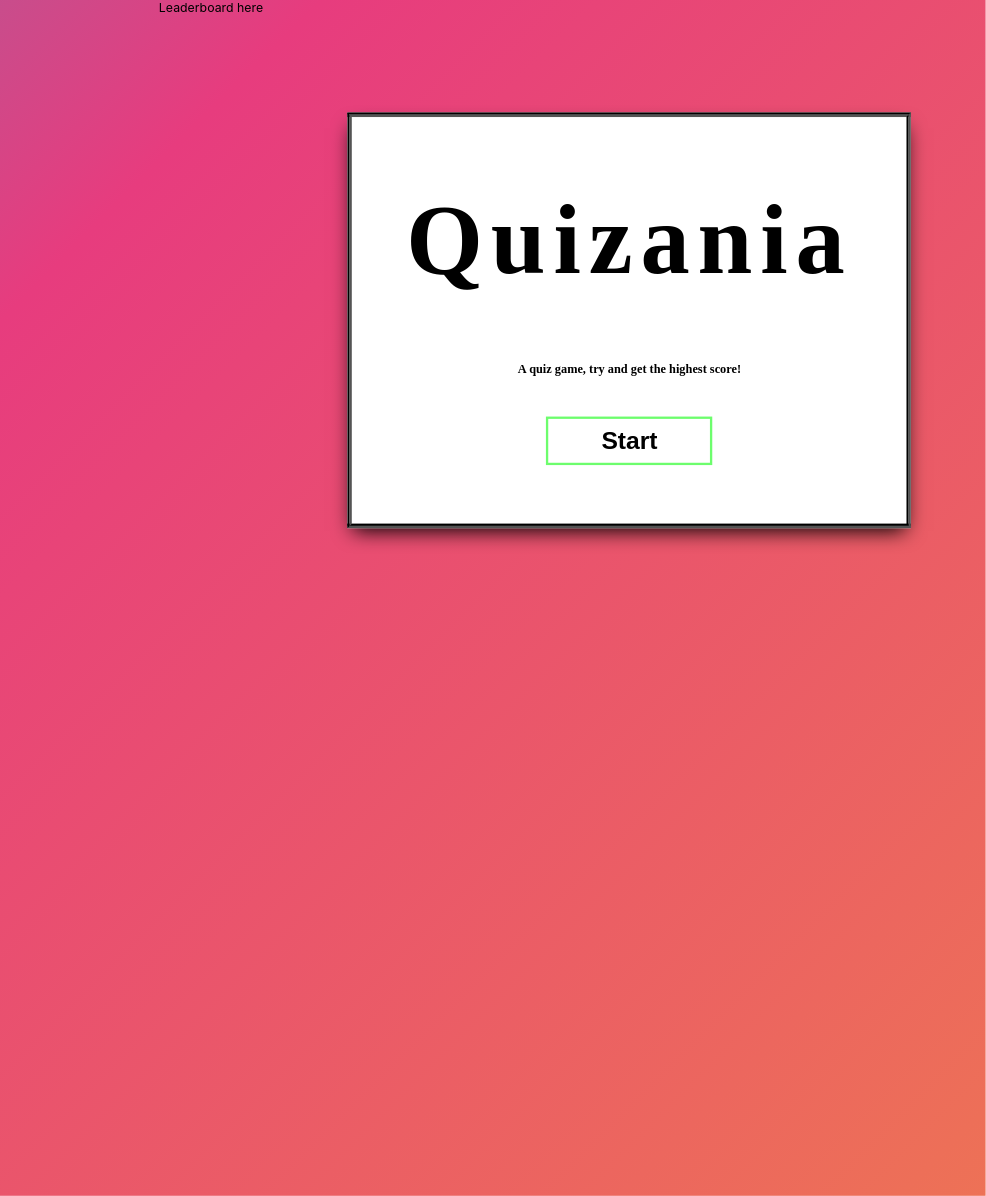
Repository: PatrickTheCodeGuy/QuizApp
Page: / (app in quizapp/)
These files come from the project's save history. The page is drawn as it stood at one moment and after the next save; the edit follows.
The browser window is 1280 px wide. The pictures show the whole page, at 77% of full size.
The pointer rests on the first visible `.button-start`.
The project was rebuilt for these pictures with package versions that can differ from the ones it lists, and the page was loaded fresh each time.

Above is the page before, as saved 2021-07-08 13:32:54.

### quizapp/src/index.css
body {
  margin: 0;
  font-family: -apple-system, BlinkMacSystemFont, 'Segoe UI', 'Roboto', 'Oxygen',
    'Ubuntu', 'Cantarell', 'Fira Sans', 'Droid Sans', 'Helvetica Neue',
    sans-serif;
  -webkit-font-smoothing: antialiased;
  -moz-osx-font-smoothing: grayscale;
  background: linear-gradient(-45deg, #ee7752, #e73c7e, #23a6d5, #23d5ab);
    background-size: 400% 400%;
    animation: gradient 15s ease infinite;
}

code {
  font-family: source-code-pro, Menlo, Monaco, Consolas, 'Courier New',
    monospace;
}
html, body, #app, #app>div {
  width: 100%;
  height:100%;
}

#root{
  display:flex;
}


@keyframes gradient {
    0% {
        background-position: 0% 50%;
    }
    50% {
        background-position: 100% 50%;
    }
    100% {
        background-position: 0% 50%;
    }
}

### quizapp/src/App.js
import logo from './logo.svg';
import './App.css';
import Leaderboard from './components/Leaderboard/Leaderboard';
import StartMenu from './components/StartMenu/StartMenu';


function App() {
  return (
    <div className="startMenu-container App">
          <div class="leaderboard-container">
            <Leaderboard/>
          </div>
          <div class="game-container">
            <StartMenu/>
          </div>
    </div>
  );
}

export default App;

### quizapp/src/App.css
.App {
  display:flex
}

.App-logo {
  height: 40vmin;
  pointer-events: none;
}

@media (prefers-reduced-motion: no-preference) {
  .App-logo {
    animation: App-logo-spin infinite 20s linear;
  }
}

.App-header {
  background-color: #282c34;
  min-height: 100vh;
  display: flex;
  flex-direction: column;
  align-items: center;
  justify-content: center;
  font-size: calc(10px + 2vmin);
  color: white;
}

.App-link {
  color: #61dafb;
}

@keyframes App-logo-spin {
  from {
    transform: rotate(0deg);
  }
  to {
    transform: rotate(360deg);
  }
}


.startMenu-container{
  display: flex;
  margin: 0 auto;
}

.leaderboard-container {
    width: 30%;

}

### quizapp/src/components/Leaderboard/Leaderboard.js
import React from 'react';

class Leaderboard extends React.Component {
    constructor(props){
        super(props)
        // TODO
        //state for people and scores here
    }

    render(){
        return (
            <div>Leaderboard here</div>
        )
    }
}

export default Leaderboard;

### quizapp/src/components/StartMenu/StartMenu.js
import React from 'react';
import './StartMenu.css';

class StartMenu extends React.Component {
    constructor(props){
        super(props);
        // TODO
        // determine if need logic here, may just need to be a functional component.
    }

    render(){
        return (
            <div class="menu-container">
                <h1 class="menu-text">Quizania</h1>
                <p class="regular-text">A quiz game, try and get the highest score!</p>
                <button class="button-start">Start</button>
            </div>
        )
    }
}

export default StartMenu;

### quizapp/src/components/StartMenu/StartMenu.css
.menu-text{
    font-family: 'Zen Tokyo Zoo', cursive;
    font-size: 8em;
    letter-spacing: 0.08em;
}

.regular-text{
    font-family:fantasy;
    font-weight:900;
}

.button-start{
    width: 30%;
    height: 12%;
    background: green;
    margin-top: 5%;
    color: white;
    border: 3px solid green;
    font-size: xx-large;
    font-weight: 600;
    transition: background-color 0.4s ease;
}

.button-start:hover{
    background: white;
    color: black;

    border: 3px solid rgba(59, 252, 59, 0.743);
}

.menu-container{
    border: 6px groove black;
    text-align: center;
    background-color: white;
    box-shadow: 0px 12px 25px -8px #000000;
    width: 45em;
    height: 33em;
    margin: 20% 15%;
}

Loaded but not shown: quizapp/src/index.js (common file); quizapp/src/reportWebVitals.js (common file)

After the next save:
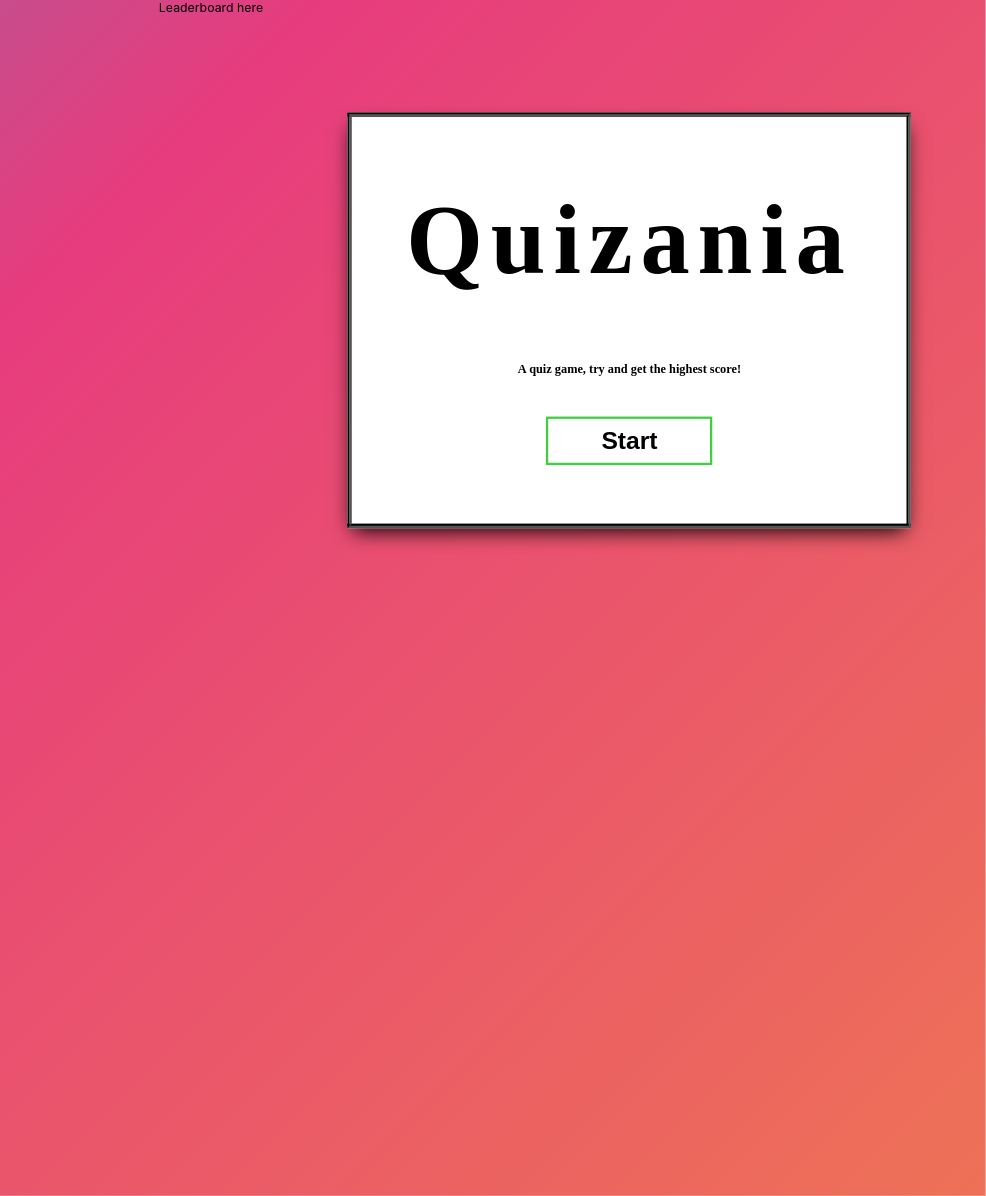
Saved 13 s later.
--- a/quizapp/src/components/StartMenu/StartMenu.css
+++ b/quizapp/src/components/StartMenu/StartMenu.css
@@ -25,7 +25,7 @@
     background: white;
     color: black;
 
-    border: 3px solid rgba(59, 252, 59, 0.743);
+    border: 3px solid rgba(0, 188, 0, 0.743);
 }
 
 .menu-container{
